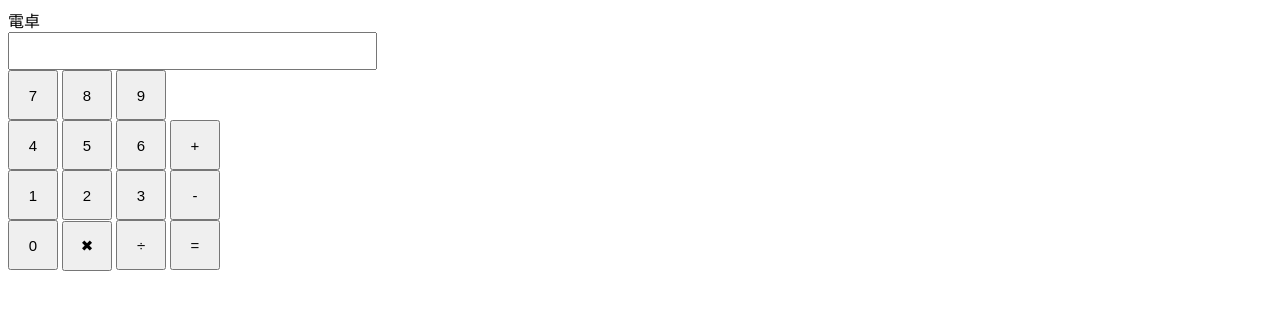
Repository: U-dias/work3
Page: 実践課題(電卓)/index.html
The author's editor kept a record of every edit. The page is drawn from the files as they stood at one moment, then again after the next edit.
The browser window is 1280 px wide. The pictures show the whole page.

Above is the page before.

### 実践課題(電卓)/index.html
<!DOCTYPE html>
 <meta charset="utf-8">
 <html>
  <link rel="stylesheet" href="main.css">
  <body>
 <div>電卓</div>
 <input style="font-size: 28px; text-align: right;"/><br />
 <script>
   function update(_v){
     document.querySelector('input').value = _v
   }
   function append(_v){
     document.querySelector('input').value += _v
   }
   function calc(){
        const v = document.querySelector( 'input' ).value
        try{
        const f = new Function( 'return ' + v )
        update( f().toString() )}
        catch( _error){
          update( _error)
        }
}
 </script>
 <button onclick="append('7')">7</button>
 <button onclick="append('8')">8</button>
 <button onclick="append('9')">9</button>
<br />

 <button onclick="append('4')">4</button>
 <button onclick="append('5')">5</button>
 <button onclick="append('6')">6</button>
 <button onclick="append('+')">+</button><br />

 <button onclick="append('1')">1</button>
 <button onclick="append('2')">2</button>
 <button onclick="append('3')">3</button>
  <button onclick="append('-')">-</button><br />

 <button onclick="append('0')">0</button>
 <button onclick="append('*')">✖︎</button>
 <button onclick="append('/')">÷</button>

 <button onclick="calc()">=</button>

 </body></html>

### 実践課題(電卓)/main.css
button {
  width:50px;
  height:50px;
  font-size:15px;
}

After the next edit:
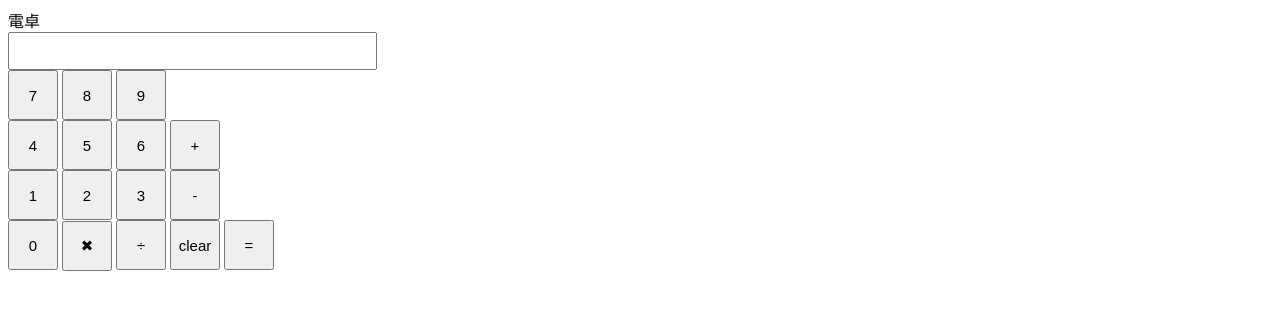
The edit:
--- a/実践課題(電卓)/index.html
+++ b/実践課題(電卓)/index.html
@@ -40,7 +40,7 @@
  <button onclick="append('0')">0</button>
  <button onclick="append('*')">✖︎</button>
  <button onclick="append('/')">÷</button>
-
+  <button onclick="update(' ')">clear</button>
  <button onclick="calc()">=</button>
 
  </body></html>
